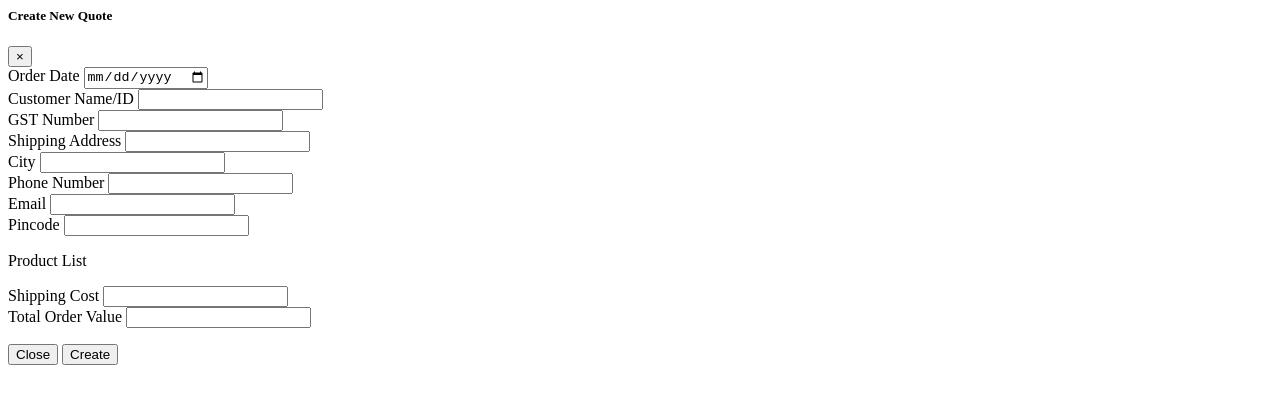
Repository: hrishibhattu/CodeFury-Internal-2
Page: ToYoDo/WebContent/WEB-INF/modal/quote.html
An editor plug-in stored every save of this project. The page is shown before and after the next save, followed by the edit.
The browser window is 1280 px wide. The pictures show the whole page.

Above is the page before, as saved 2021-09-21 16:46:44.

After the next save:
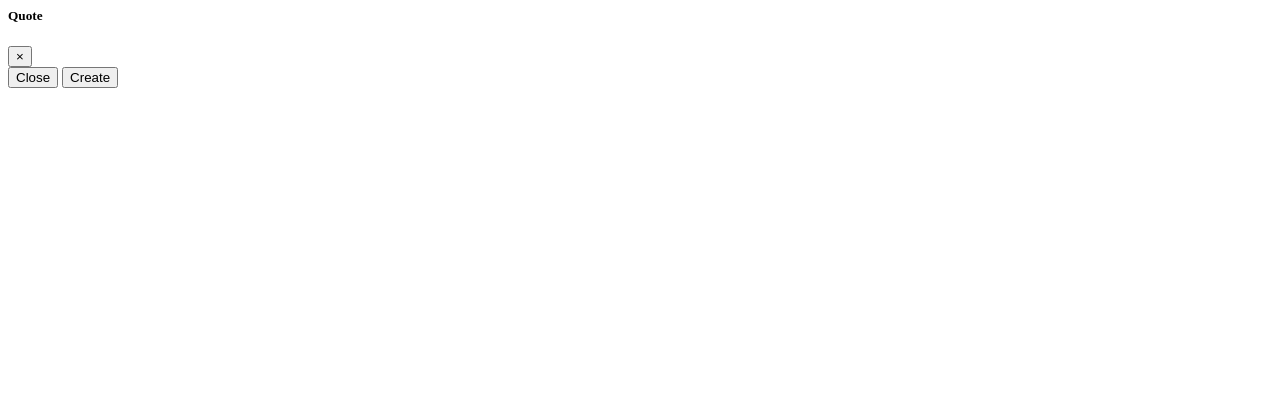
Saved 19 min 46 s later.
--- a/ToYoDo/WebContent/WEB-INF/modal/quote.html
+++ b/ToYoDo/WebContent/WEB-INF/modal/quote.html
@@ -5,8 +5,7 @@
 	<div class="modal-dialog modal-dialog-centered modal-lg" role="document">
 		<div class="modal-content">
 			<div class="modal-header">
-				<h5 class="modal-title" id="quoteModalLongTitle">Create New
-					Quote</h5>
+				<h5 class="modal-title" id="quoteModalLongTitle">Quote</h5>
 				<button type="button" class="close" data-dismiss="modal"
 					aria-label="Close">
 					<span aria-hidden="true">&times;</span>
@@ -14,58 +13,7 @@
 			</div>
 			<div class="modal-body">
 
-				<form>
-					<div class="form-row">
-						<div class="form-group col-md-4">
-							<label for="orderdate">Order Date</label> <input type="date"
-								class="form-control" id="inputEmail4">
-						</div>
-						<div class="form-group col-md-4">
-							<label for="customerNameID">Customer Name/ID</label> <input type="text"
-							class="form-control" id="inputAddress">
-						</div>
-						<div class="form-group col-md-4">
-							<label for="gstNo">GST Number</label> <input type="text"
-							class="form-control" id="inputAddress">
-						</div>
-					</div>
-					<div class="form-row">
-						<div class="form-group col-md-6">
-							<label for="shippingAddress">Shipping Address</label> <input type="text"
-							class="form-control" id="inputAddress">
-						</div>
-						<div class="form-group col-md-6">
-							<label for="city">City</label> <input type="text"
-							class="form-control" id="city">
-						</div>
-					</div>
-					<div class="form-row">
-						<div class="form-group col-md-4">
-							<label for="phone">Phone Number</label> <input type="number"
-							class="form-control" id="phone">
-						</div>
-						<div class="form-group col-md-6">
-							<label for="email">Email</label> <input type="email"
-							class="form-control" id="email">
-						</div>
-						<div class="form-group col-md-2">
-							<label for="pincode">Pincode</label> <input type="number"
-							class="form-control" id="pincode">
-						</div>
-					</div>
-					<p>Product List</p>
 
-							<div class="form-row">
-								<div class="form-group col-md-6">
-									<label for="shippingCost">Shipping Cost</label> <input type="number"
-									class="form-control" id="shippingCost">
-								</div>
-								<div class="form-group col-md-6">
-									<label for="totalOrderValue">Total Order Value</label> <input type="number"
-									class="form-control" id="totalOrderValue">
-								</div>
-							</div>
-				</form>
 
 			</div>
 			<div class="modal-footer">
